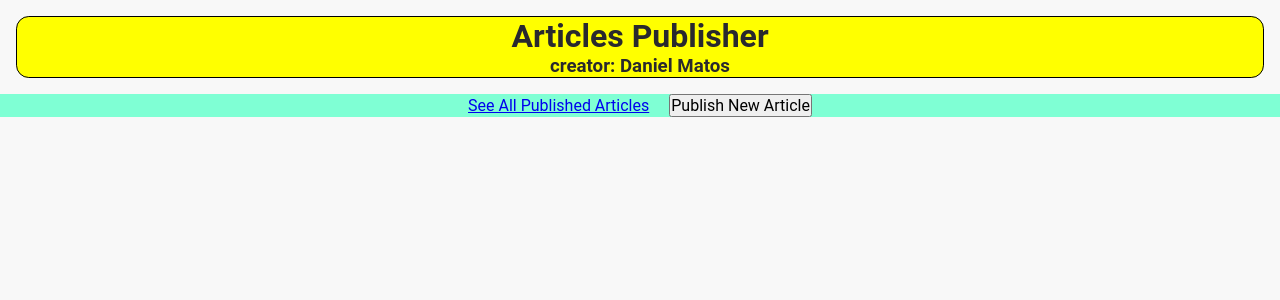
Repository: batmit/publish_articles
Page: /
The author's editor kept a copy of each file at every save. The page is drawn from the files as they stood at one save, then again after the next save.
The browser window is 1280 px wide. The pictures show the whole page.
The project was rebuilt for these pictures with package versions that can differ from the ones it lists, and the page was loaded fresh each time. Also part of the build but not shown: src/pages/articles.tsx, src/styles/Home.scss, src/pages/publish_articles.tsx.

Above is the page before, as saved 2021-06-28 22:16:02.

After the next save:
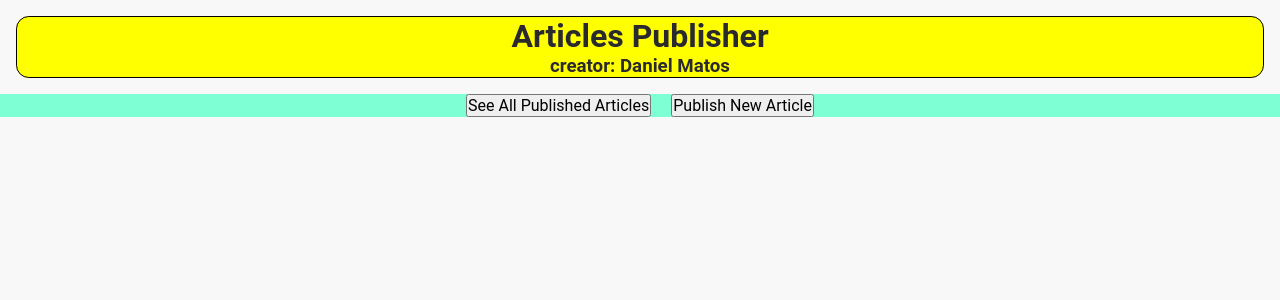
Saved 65 s later.
--- a/src/pages/Home.tsx
+++ b/src/pages/Home.tsx
@@ -19,7 +19,9 @@ export function Home() {
 
             <main>
 
-                <Link to='/articles'>See All Published Articles</Link>
+                <button>
+                    See All Published Articles
+                </button>
 
                     <br />
 
